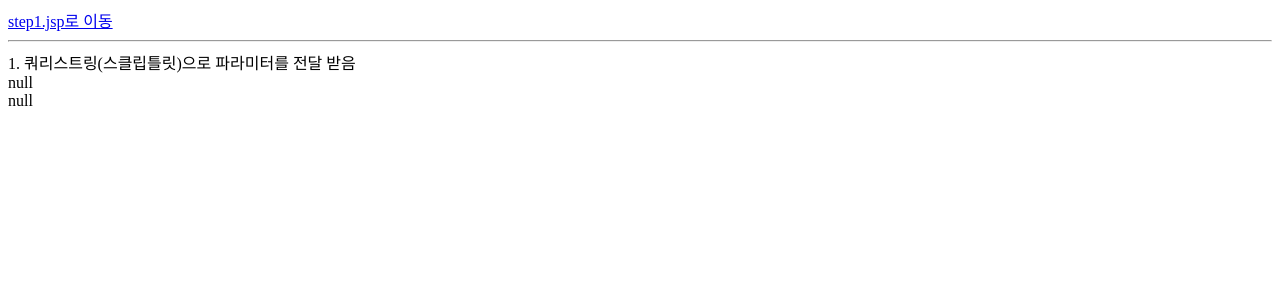
Repository: dhalfks/jsp
Page: http://localhost/web_study/step2.jsp
An editor plug-in stored every save of this project. The page is shown before and after the next save, followed by the edit.
The browser window is 1280 px wide. The pictures show the whole page.
The page is served by Tomcat 9.

Above is the page before, as saved 2022-08-16 03:10:07.

### _jspworkspace(jstl)/web_study/src/main/webapp/step2.jsp
<%@ page language="java" contentType="text/html; charset=UTF-8"
    pageEncoding="UTF-8"%>
<!DOCTYPE html>
<html>
<head>
<meta charset="UTF-8">
<title>EL param 연습 2</title>
</head>
<body>
	<a href="step1.jsp">step1.jsp로 이동</a>
	<hr>
	1. 쿼리스트링(스클립틀릿)으로 파라미터를 전달 받음 <br>
	<%=request.getParameter("name") %><br>
	<%=request.getParameter("address") %><br>
	<br>



</body>
</html>

After the next save:
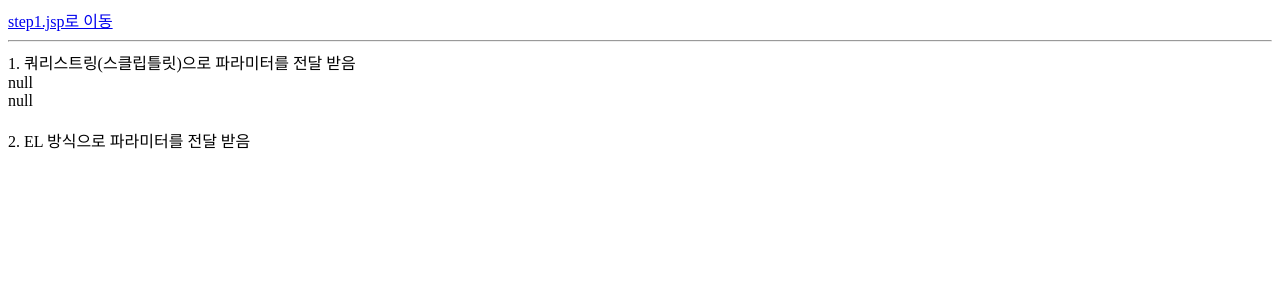
Saved 99 s later.
--- a/_jspworkspace(jstl)/web_study/src/main/webapp/step2.jsp
+++ b/_jspworkspace(jstl)/web_study/src/main/webapp/step2.jsp
@@ -14,6 +14,10 @@
 	<%=request.getParameter("address") %><br>
 	<br>
 
+	2. EL 방식으로 파라미터를 전달 받음 <br>
+	${param.name }<br>
+	${param.address }<br>
+
 
 
 </body>
